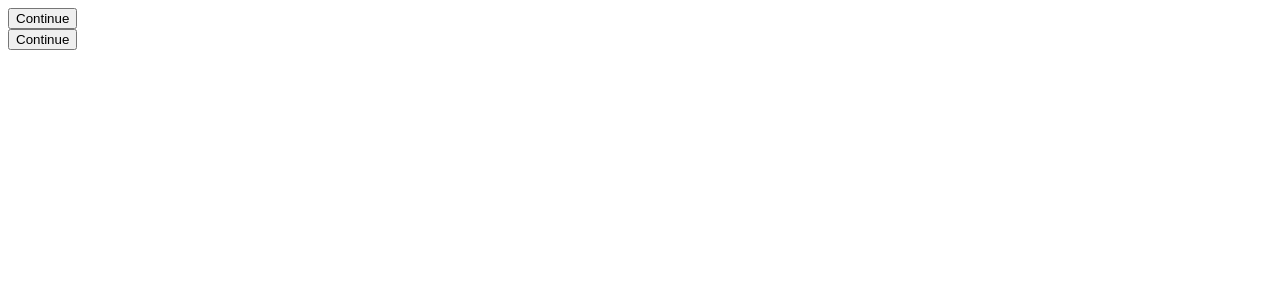
Repository: AdrianSchneble/webeng2
Page: Hello World/WebContent/ViewHelloWorldFrom.html
These files come from the project's save history. The page is drawn as it stood at one moment and after the next save; the edit follows.
The browser window is 1280 px wide. The pictures show the whole page.

Above is the page before, as saved 2018-04-09 21:10:56.

### Hello World/WebContent/ViewHelloWorldFrom.html
<!DOCTYPE html>
<html>
<head>
<meta charset="ISO-8859-1">
<title>Insert title here</title>
</head>
<body>

	<form method="get" action="HelloWorldFrom">
		<button type="submit">Continue</button>
	</form>

	<form method="post" action="HelloWorldFrom">
		<button type="submit">Continue</button>
	</form>

</body>
</html>

After the next save:
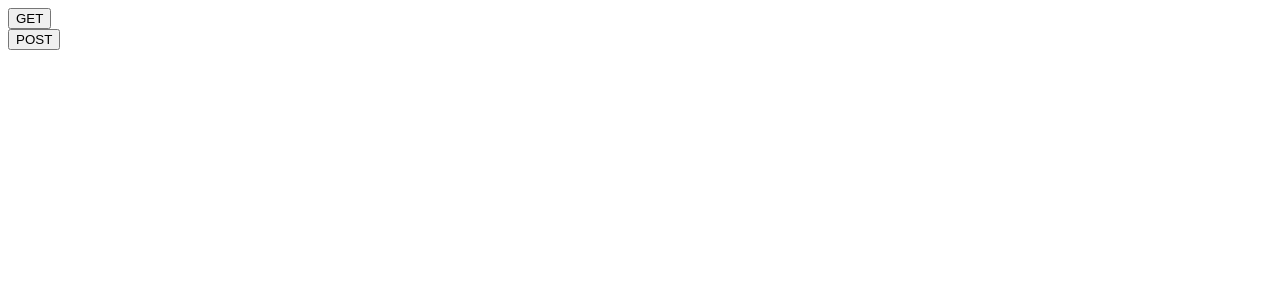
Saved 9 s later.
--- a/Hello World/WebContent/ViewHelloWorldFrom.html
+++ b/Hello World/WebContent/ViewHelloWorldFrom.html
@@ -7,11 +7,11 @@
 <body>
 
 	<form method="get" action="HelloWorldFrom">
-		<button type="submit">Continue</button>
+		<button type="submit">GET</button>
 	</form>
 
 	<form method="post" action="HelloWorldFrom">
-		<button type="submit">Continue</button>
+		<button type="submit">POST</button>
 	</form>
 
 </body>
